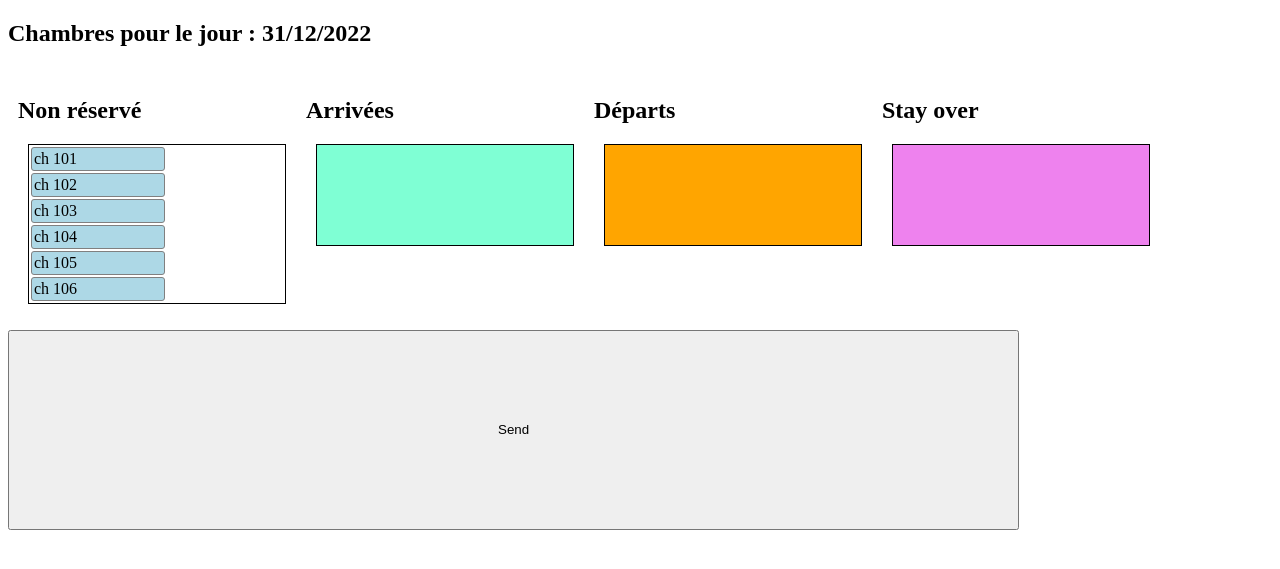
Repository: boschierob/order-app
Page: drag.html
These files come from the project's save history. The page is drawn as it stood at one moment and after the next save; the edit follows.
The browser window is 1280 px wide. The pictures show the whole page.
Some web libraries are served in a nearby version.

Above is the page before, as saved 2023-01-01 00:42:44.

### drag.html
<!DOCTYPE html>
<html lang="en">

<head>
  <meta charset="UTF-8">
  <meta http-equiv="X-UA-Compatible" content="IE=edge">
  <meta name="viewport" content="width=device-width, initial-scale=1.0">
  <link rel="stylesheet" href="http://code.jquery.com/ui/1.9.2/themes/base/jquery-ui.css" />
  <script type="text/javascript" src="http://code.jquery.com/jquery.min.js"></script>
  <script type="text/javascript" src="http://code.jquery.com/ui/1.9.2/jquery-ui.js"></script>
  <script type="text/javascript" src="http://www.pureexample.com/js/lib/jquery.ui.touch-punch.min.js"></script>


  <!-- CSS -->
  <style type="text/css">
    .items-container {
      display: flex;
    }

    .items-container>div {
      margin: 10px;
    }

    .list {
      max-width: 50%;
      background-color: lightblue;
      border: 1px solid gray;
    }

    .items .ui-selected {
      background: red;
      color: white;
      font-weight: bold;
    }

    .items {
      list-style-type: none;
      margin-left: 10px;
      padding: 0;
      width: 20vw;
      border: 1px solid;
      min-height: 100px;
    }

    .g {
      background-color: aquamarine;
    }

    .o {
      background-color: orange;
    }

    .z {
      background-color: violet;
    }

    .items li {
      margin: 2px;
      padding: 2px;
      cursor: pointer;
      border-radius: 3px;
    }

 .highlight {
      border: 2px solid red;
      font-weight: bold;
    }
    .btn-large{
      width:80%;
      height:200px;
    }
  </style>

  <title>Document</title>
</head>
<!-- HTML -->

<body>
  <h2 id="date"> Chambres pour le jour : <span id="today"></span></h2>

  <div class="items-container">
    <div>
      <h2>Non réservé</h2>
      <ul id="items1" class="items ">

        <li class="list">ch 101</li>
        <li class="list">ch 102</li>
        <li class="list">ch 103</li>
        <li class="list">ch 104</li>
        <li class="list">ch 105</li>
        <li class="list">ch 106</li>
      </ul>
    </div>

    <div>
      <h2>Arrivées</h2>
      <ul id="items2" class="items g">
      </ul>

    </div>

    <div>
      <h2>Départs</h3>
        <ul id="items3" class="items o">


        </ul>

    </div>

    <div>
      <h2>Stay over</h4>
        <ul id="items4" class="items z">


        </ul>
    </div>
  </div>
  <button class="btn-large" onclick="sendData()">Send</button>

  <!-- Javascript -->
<script>
  function sendData(){
    let arrivals = document.getElementById("items2").innerText.split('\n')
    let departures = document.getElementById("items3").innerText.split('\n')
    let so = document.getElementById("items4").innerText.split('\n')
    let data = {
      "arrivals" : arrivals ,
      "departures": departures,
      "so" : so
    }
    fetch('/list', {
  method: 'POST',
  body:JSON.stringify(data),
  headers: {
    'Content-Type': 'application/json'
  }
})
.then(res => res.json())
.then(data => console.log(data));

console.log(JSON.stringify(data))
}

  let ladate = new Date();
  const el = document.querySelector("#today")
  el.innerHTML = ladate.getDate() + "/" + (ladate.getMonth() + 1) + "/" + ladate.getFullYear();

  $(function () {
    $("#items1,#items2,#items3,#items4").sortable({
      connectWith: "#items1,#items2,#items3,#items4",
      start: function (event, ui) {
        ui.item.toggleClass("highlight");
      },
      stop: function (event, ui) {
        ui.item.toggleClass("highlight");
        var element = document.getElementById("items1"); // or any other element
        //console.log(element); // logs the expandable <html>…</html>
        //console.dir(element.innerText); // logs the element’s properties and values
      }
    });
    $("#items1,#items2,#items3,#items4").disableSelection();

  });
</script>
</body>

</html>

After the next save:
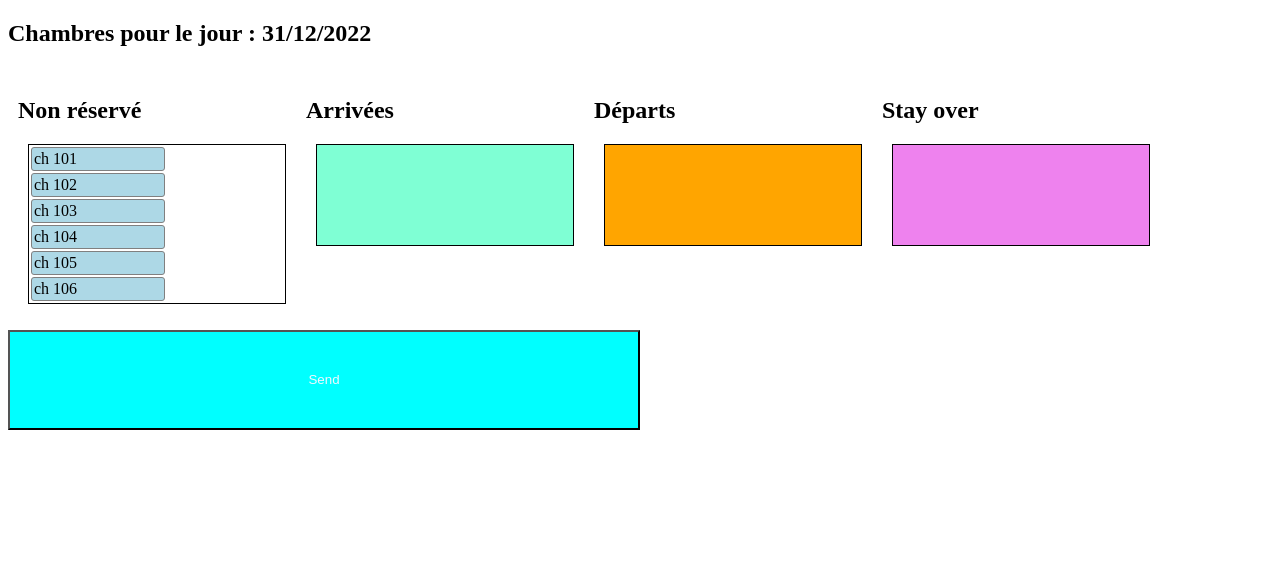
Saved 38 s later.
--- a/drag.html
+++ b/drag.html
@@ -66,8 +66,10 @@
       font-weight: bold;
     }
     .btn-large{
-      width:80%;
-      height:200px;
+      width:50%;
+      height:100px;
+      background-color: aqua;
+      color:aliceblue;
     }
   </style>
 
